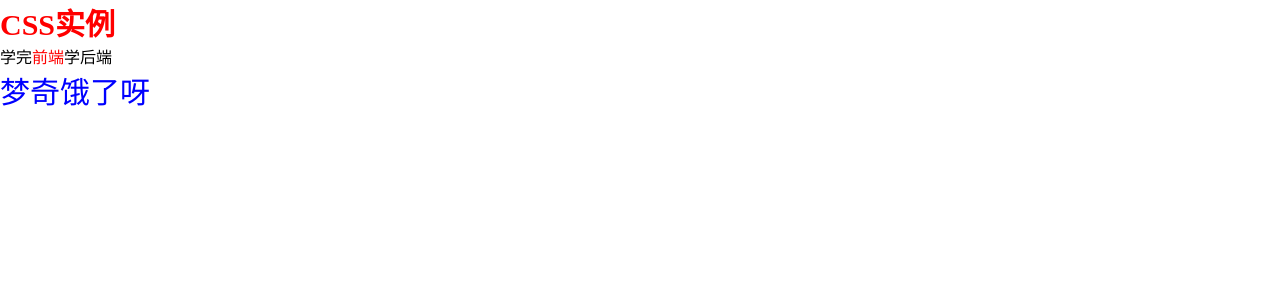
Repository: yuanliumaker/html-css-js
Page: css/example.html
The author's editor kept a copy of each file at every save. The page is drawn from the files as they stood at one save, then again after the next save.
The browser window is 1280 px wide. The pictures show the whole page.

Above is the page before, as saved 2025-08-29 17:36:58.

### css/example.html
<!DOCTYPE html>
<html lang="en">
<head>
    <meta charset="UTF-8">
    <meta name="viewport" content="width=device-width, initial-scale=1.0">
    <title>Document</title>
    <!-- 外部样式表 放在head处，link 相当于下面的内部样式                                                        style,相当于latex template-->
    <link rel="stylesheet" href="./public.css">
    <!-- <style>
        h3{
            color:red;
            font-size:30px;
        }
    </style> -->
    <style>
        span{
            color:red;
        }
    </style>
    <!-- 类选择器 class 规定用圆点来定义，针对你想要的所有标签来使用-->
    <style>
     .qq{
        color:blue;
        font-size:30px;
     }
     </style>
</head>
<body>
    <h3>CSS实例</h3>
    <p>学完<span>前端</span>学后端</p>
    <p class="qq">梦奇饿了呀 </p>
    <!-- id选择器：针对某一个特定的标签来使用，只能使用一次.css中的id选择器以#来定义
     注意id是唯一的，不能以数字开头 -->
</body>

### css/public.css
/* 使用css的唯一目的就是为了让网页更美观 */
/* css规则由两个主要的部分构成：选择器，以及一条或多条声明（样式） */
h3{
    color: red; /* 颜色 */
    font-size: 30px; /* 字体大小 */
    /* text-align: center; 文本对齐方式 */
}
/* 全局选择器
可以与任何元素匹配，优先级最低，一般做样式初始化 */
*{
    margin:0;
    padding:0;
}
/* 类选择器 规定用圆点来定义，针对你想要的所有标签来使用
优点：灵活 */

After the next save:
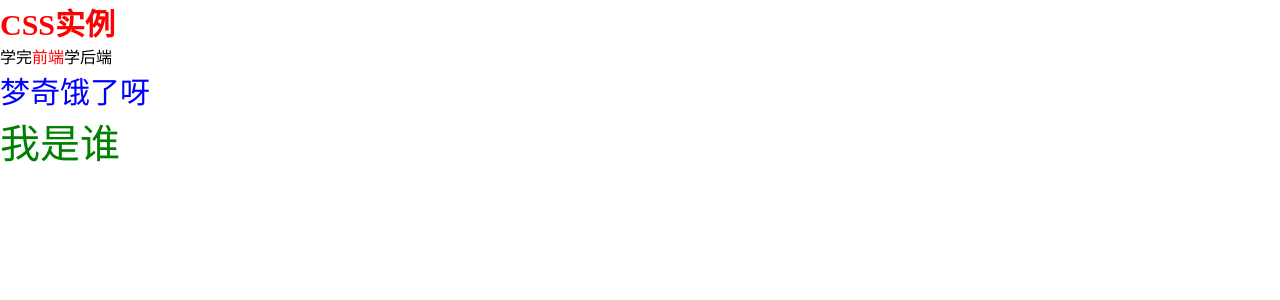
Saved 4 min 29 s later.
--- a/css/example.html
+++ b/css/example.html
@@ -24,11 +24,19 @@
         font-size:30px;
      }
      </style>
+      <!-- id选择器：针对某一个特定的标签来使用，只能使用一次.css中的id选择器以#来定义
+     注意id是唯一的，不能以数字开头 -->
+    <style>
+        #ww{
+            color:green;
+            font-size:40px;
+        }
+    </style>
 </head>
 <body>
     <h3>CSS实例</h3>
     <p>学完<span>前端</span>学后端</p>
     <p class="qq">梦奇饿了呀 </p>
-    <!-- id选择器：针对某一个特定的标签来使用，只能使用一次.css中的id选择器以#来定义
-     注意id是唯一的，不能以数字开头 -->
+    <p id="ww">我是谁</p>
+
 </body>
